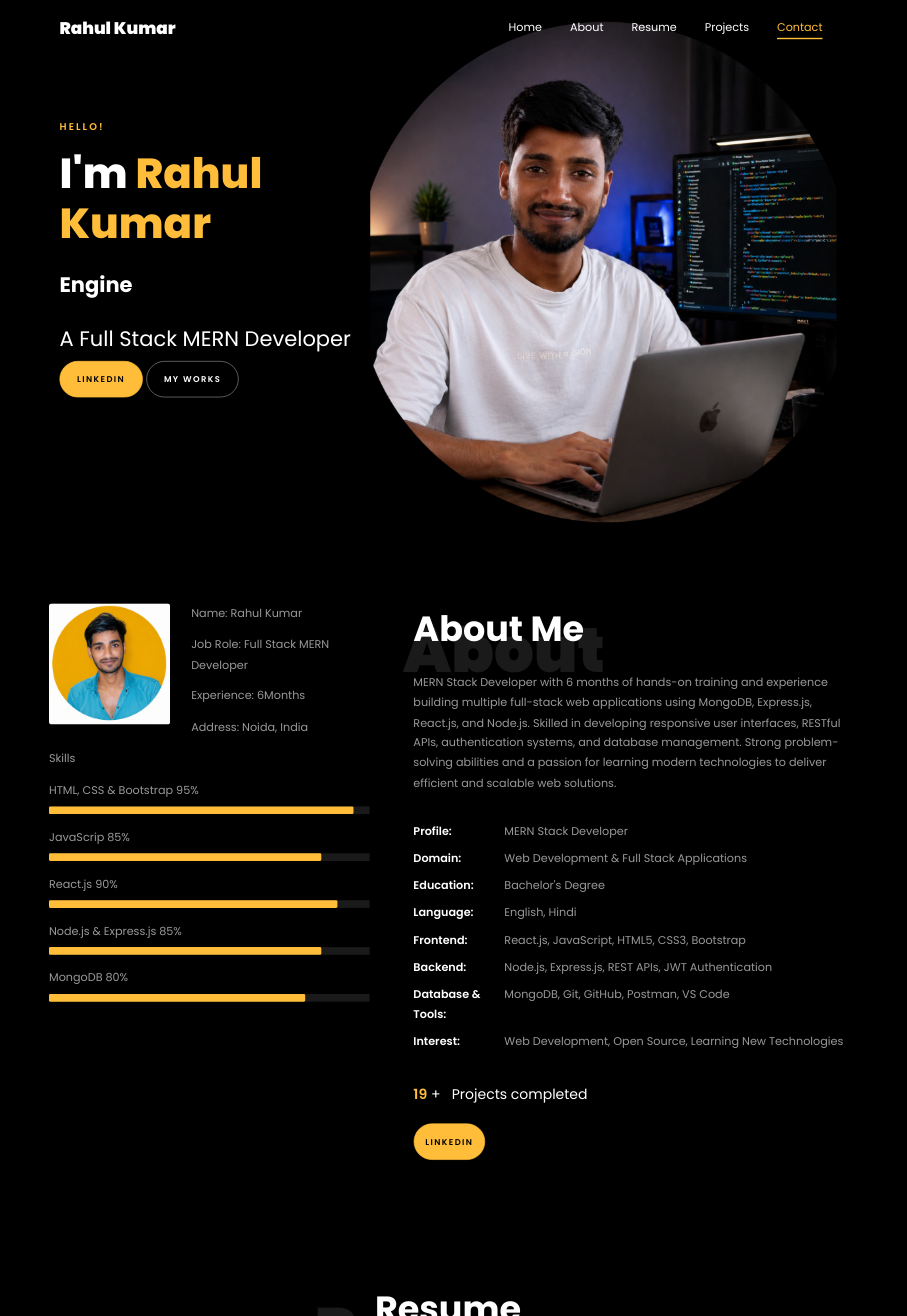
Repository: Rahul70079/Rahul-Kumar-Portfolio
Page: Portfolio/index.html
The author's editor kept a copy of each file at every save. The page is drawn from the files as they stood at one save, then again after a run of saves.
The browser window is 1280 px wide. The page is 1295 px wide, so the pictures cover 1295 px, including what lies to the right of the window. The pictures show the part of the page from y = 0 to 1880 px (the page is 6540 px tall), at 70% of full size.

Above is the page before, as saved 2026-06-13 17:20:16.
Console error (its wording comes from the project's code and is left out).

After the next 2 saves:
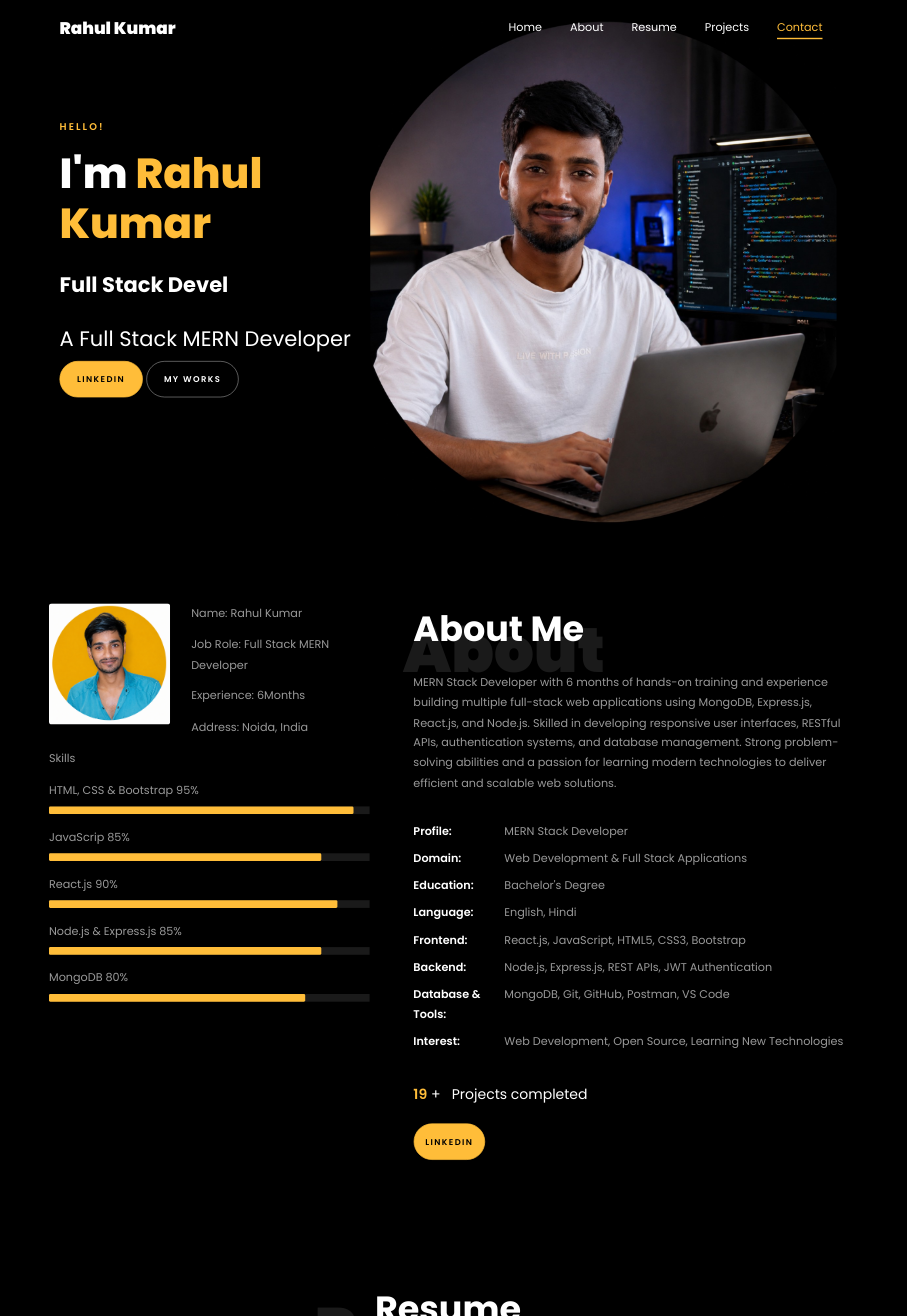
The 2 saves are shown as one change because they came seconds apart.
The last was saved 15 h 11 min later.
--- a/Portfolio/index.html
+++ b/Portfolio/index.html
@@ -159,11 +159,11 @@
 
 						// Create an array of typing text
 						const typingTexts = [
-						'Engineer  ',
-						'YouTuber  ',
-						'Teacher   ',
-						];
-
+  'MERN Stack Developer',
+  'Full Stack Developer',
+  'React.js Enthusiast',
+  'Open to Opportunities'
+];
 						// Create a function to display the typing animation for a given text
 						function playTypingAnimation(text) {
 						// Loop through each character and add it to the element
